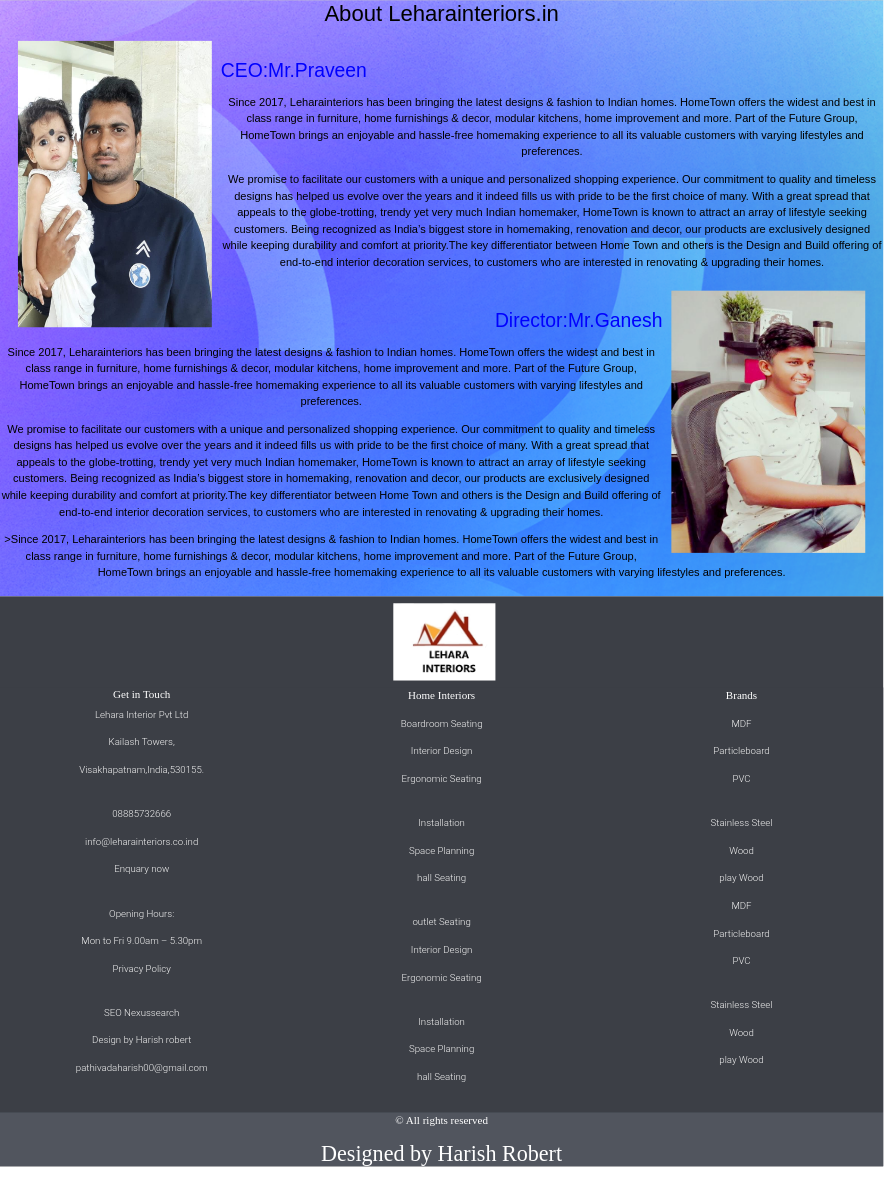
Repository: pathivadaharish143/InteriorsProjectjava
Page: front/src/main/webapp/aboutus.html
These files come from the project's save history. The page is drawn as it stood at one moment and after the next save; the edit follows.
The browser window is 1280 px wide. The page is 1292 px wide, so the pictures cover 1292 px, including what lies to the right of the window. The pictures show the part of the page from y = 622 to 2522 px (the page is 2328 px tall before and 2544 px after), at 69% of full size.

Above is the page before, as saved 2022-05-28 09:18:01.

After the next save:
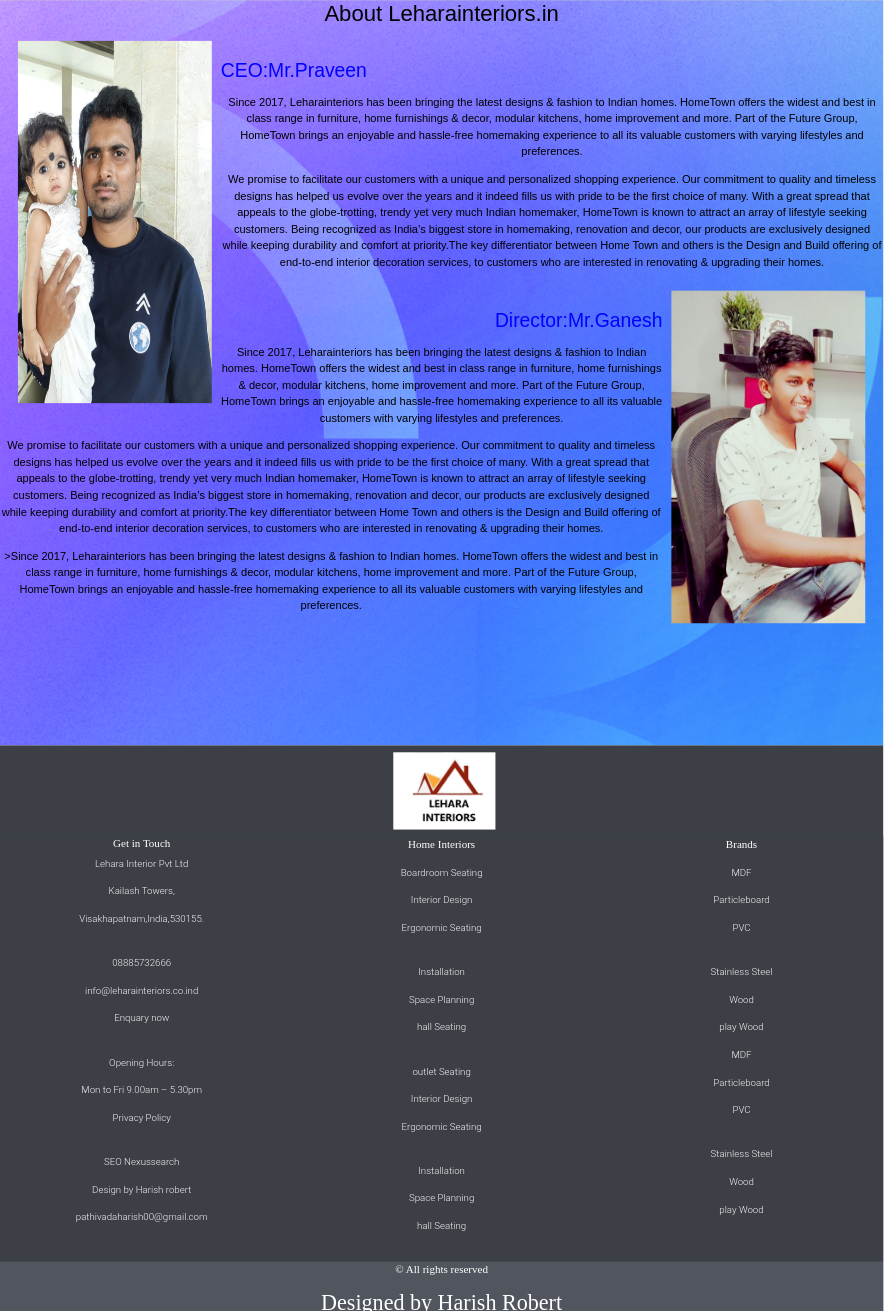
Saved 14 s later.
--- a/front/src/main/webapp/styles1.css
+++ b/front/src/main/webapp/styles1.css
@@ -237,7 +237,7 @@
          background-image:url(images/pic42.jpg);
          background-size:cover;
          width:100%;
-         height:120%;
+         height:150%;
           color:black;
             font-family:Arial;
 
